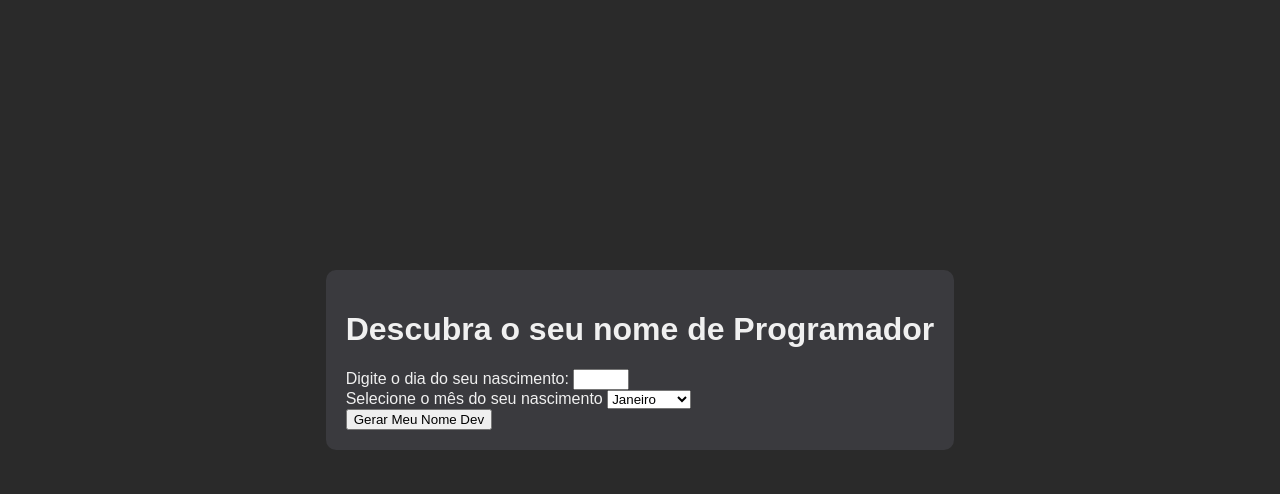
Repository: analessp/seu-nome-dev
Page: index.html
An editor plug-in stored every save of this project. The page is shown before and after a run of saves, followed by the edit.
The browser window is 1280 px wide. The pictures show the whole page.

Above is the page before, as saved 2025-05-13 10:47:58.

After the next 4 saves:
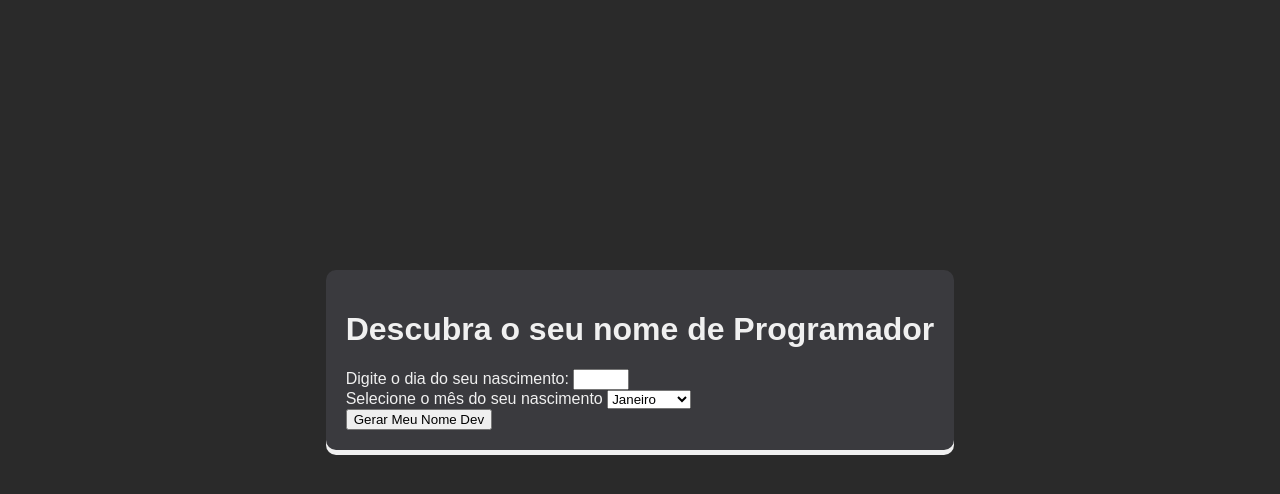
The 4 saves are shown as one change because they came seconds apart.
The last was saved 15 s later.
--- a/styles.css
+++ b/styles.css
@@ -13,5 +13,6 @@
     background-color: #3a3a3e;
     padding: 20px;
     border-radius: 10px;
+    box-shadow: 0px 5px;
 
 }

After the 6 saves that followed:
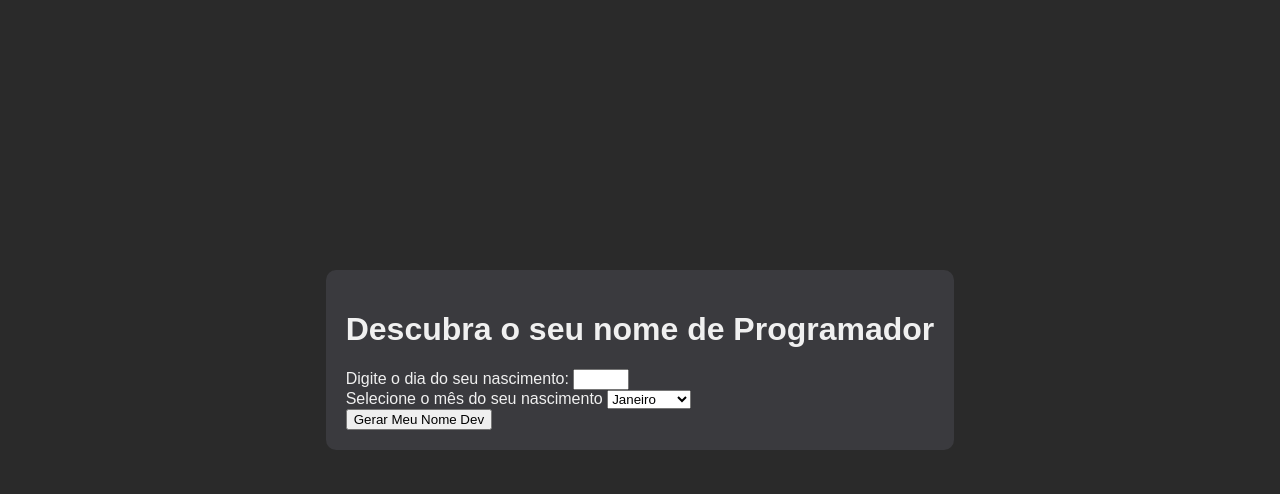
The 6 saves are shown as one change because they came seconds apart.
The last was saved 13 s later.
--- a/styles.css
+++ b/styles.css
@@ -13,6 +13,6 @@
     background-color: #3a3a3e;
     padding: 20px;
     border-radius: 10px;
-    box-shadow: 0px 5px;
+    box-shadow: 0px 5px 15px rgba(0, green, blue, alpha);
 
 }
